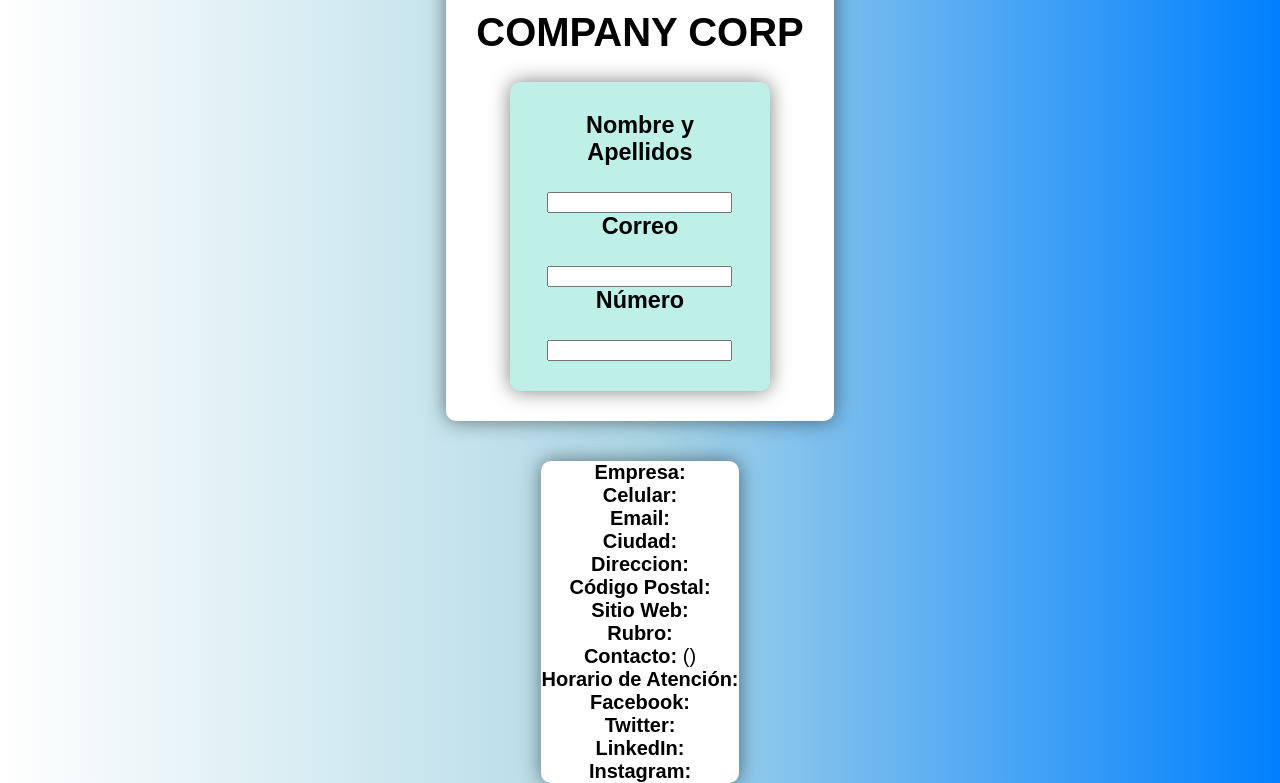
Repository: ANGELEDU141/TAREAWEBEWJASJDASJ
Page: http://localhost/JAVAWEBTAREA/WEB-INF/views/contenido.jsp
These files come from the project's save history. The page is drawn as it stood at one moment and after the next save; the edit follows.
The browser window is 1280 px wide. The pictures show the whole page.
The page is served by Tomcat 9. Nobody is signed in. The template is opened directly, without the code that normally fills it, so the values that code supplies are empty.

Above is the page before, as saved 2024-09-01 10:03:01.

After the next save:
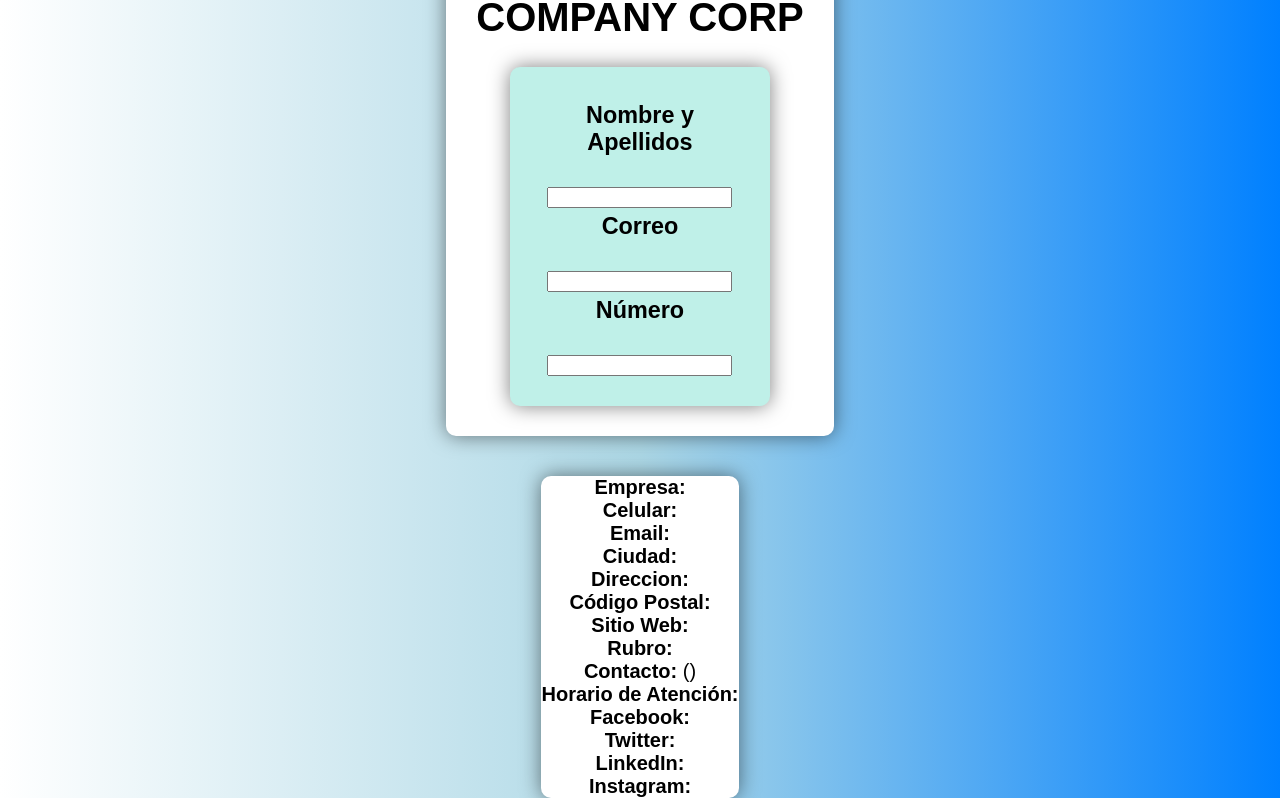
Saved 28 s later.
--- a/JAVAWEBTAREA/src/main/webapp/WEB-INF/views/contenido.jsp
+++ b/JAVAWEBTAREA/src/main/webapp/WEB-INF/views/contenido.jsp
@@ -69,7 +69,7 @@
 
         .quest h3{
          margin: 0;
-    padding: 0; }
+    padding: 5px; }
 
 
 
